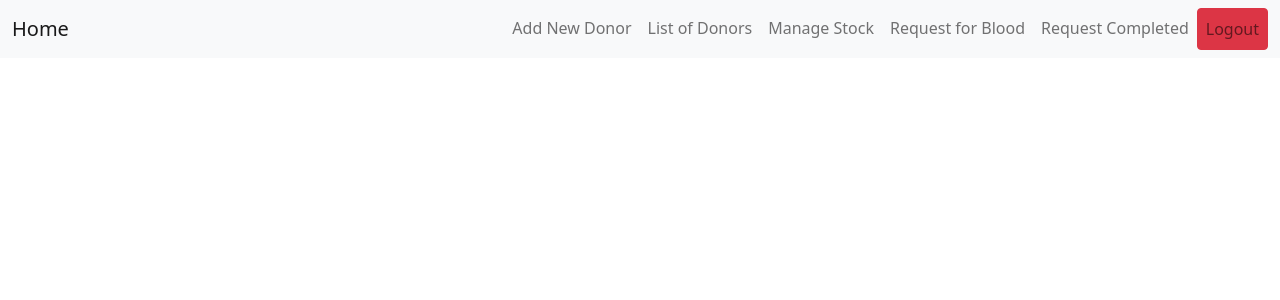
Repository: kshitizJ/Blood-Bank-Management-System-in-jsp
Page: Blood Bank Management System/WebContent/header.html
These files come from the project's save history. The page is drawn as it stood at one moment and after the next save; the edit follows.
The browser window is 1280 px wide. The pictures show the whole page.

Above is the page before, as saved 2021-04-28 09:41:13.

After the next save:
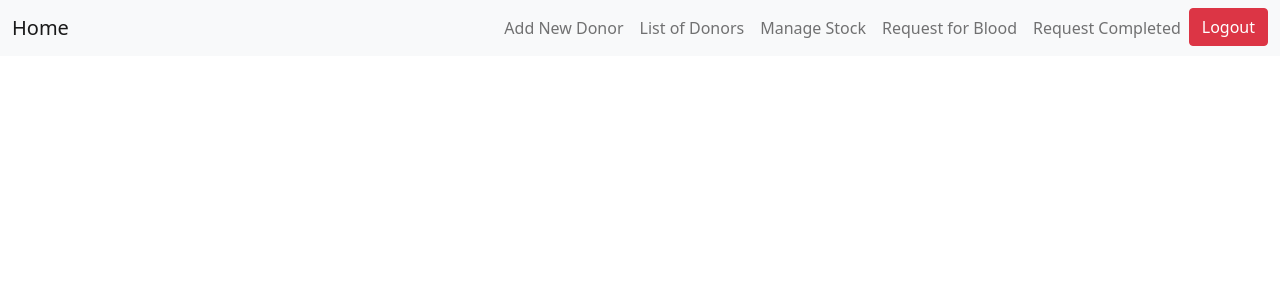
Saved 4 min 8 s later.
--- a/Blood Bank Management System/WebContent/header.html
+++ b/Blood Bank Management System/WebContent/header.html
@@ -35,7 +35,7 @@
 						href="requestForBlood.jsp">Request for Blood</a></li>
 					<li class="nav-item"><a class="nav-link"
 						href="requestCompleted.jsp">Request Completed</a></li>
-					<li class="nav-item"><a class="nav-link btn btn-danger"
+					<li class="nav-item"><a class=" btn btn-danger"
 						href="adminLogin.jsp">Logout</a></li>
 				</ul>
 			</div>

After the save that followed:
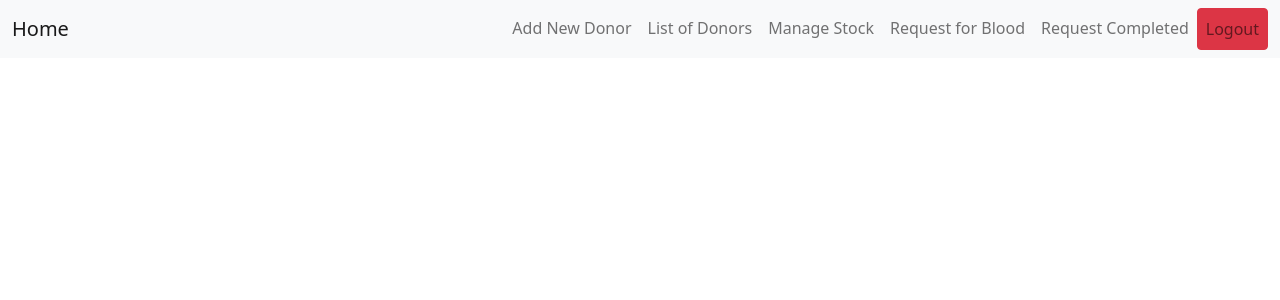
Saved 8 s later.
--- a/Blood Bank Management System/WebContent/header.html
+++ b/Blood Bank Management System/WebContent/header.html
@@ -35,7 +35,7 @@
 						href="requestForBlood.jsp">Request for Blood</a></li>
 					<li class="nav-item"><a class="nav-link"
 						href="requestCompleted.jsp">Request Completed</a></li>
-					<li class="nav-item"><a class=" btn btn-danger"
+					<li class="nav-item"><a class="nav-link btn btn-danger"
 						href="adminLogin.jsp">Logout</a></li>
 				</ul>
 			</div>
